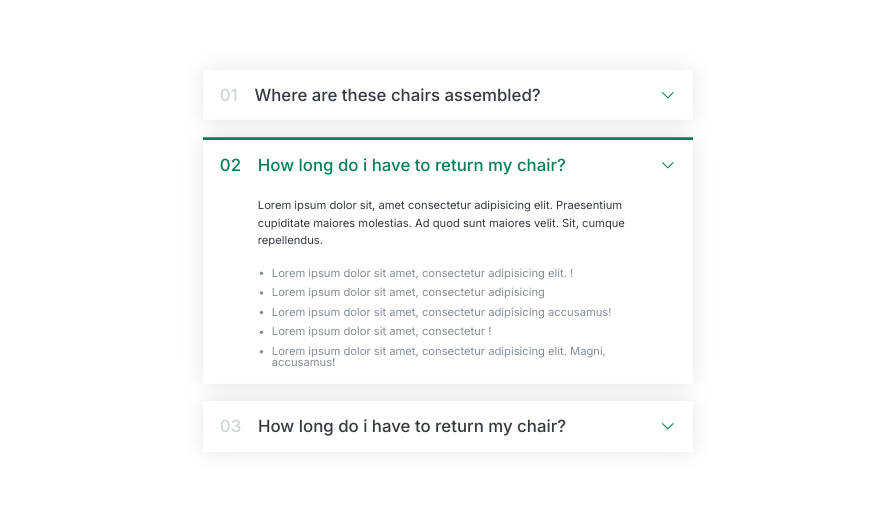
Repository: sunny070/CSS
Page: HTML and CSS some of the important components/02_Carousel.html
An editor plug-in stored every save of this project. The page is shown before and after the next save, followed by the edit.
The browser window is 1280 px wide. The pictures show the part of the page from y = 0 to 1920 px (the page is 745 px tall before and 4232 px after), at 70% of full size.

Above is the page before, as saved 2023-11-14 10:52:42.

After the next save:
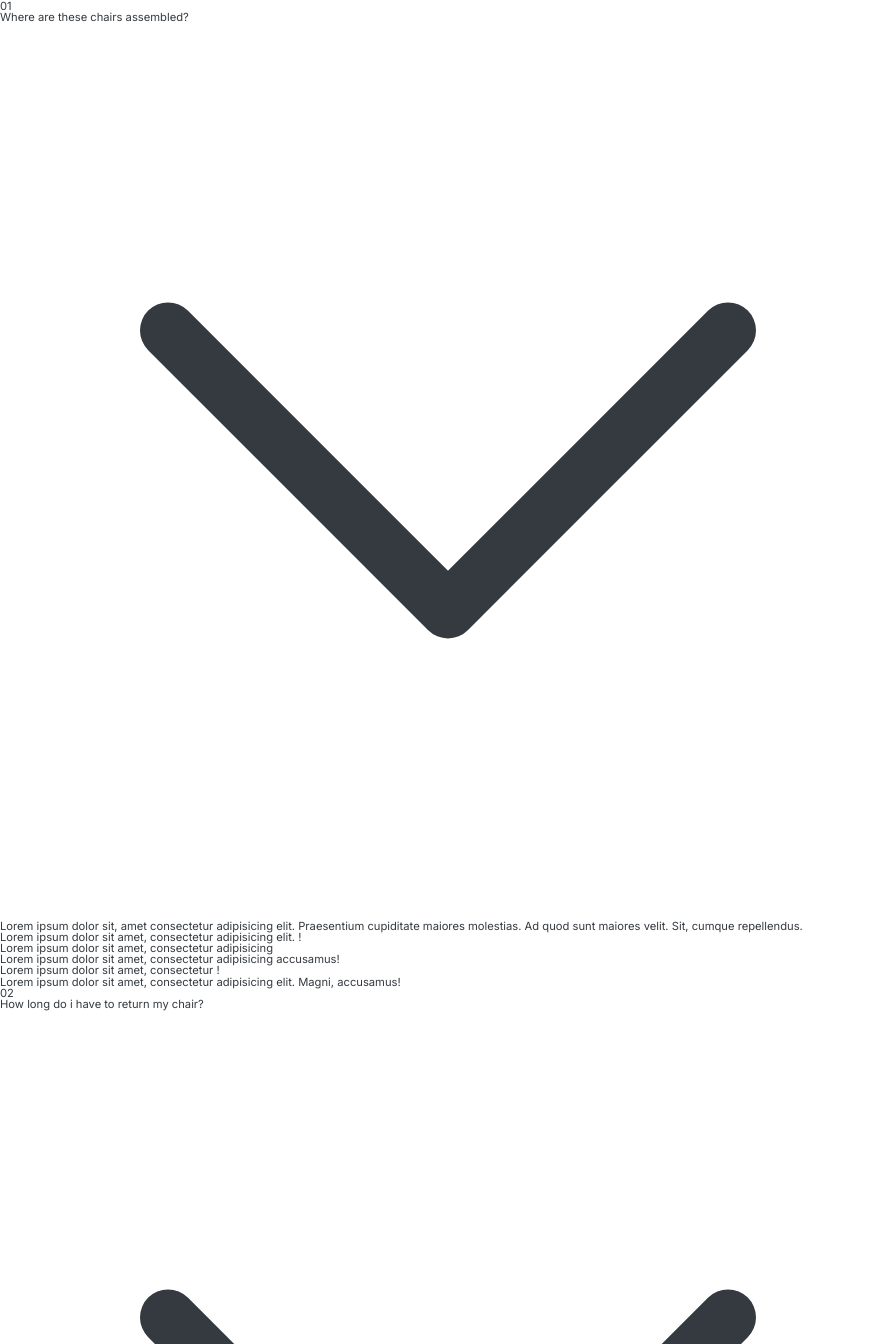
Saved 3 min 50 s later.
--- a/HTML and CSS some of the important components/02_Carousel.html
+++ b/HTML and CSS some of the important components/02_Carousel.html
@@ -36,66 +36,7 @@
         color: #343a40;
         line-height:1;
       }
-      .accordion
-      {
-        width:700px;
-        margin: 100px auto;
-        display: flex;
-        flex-direction: column;
-        gap: 24px;
 
-      }
-      .item{
-        box-shadow: 0 0 32px rgba(0,0,0,0.1);
-        padding: 24px;
-        display: grid;
-        grid-template-columns: auto 1fr auto;
-        column-gap:24px;
-        row-gap: 32px;
-        align-items:center;
-      }
-      .number ,.text{
-        font-size: 24px;
-        font-weight: 500;
-
-      }
-      .number{
-        color:#ced4da;
-      }
-
-      .icon{
-        width: 24px;
-        height: 24px;
-        stroke: #087f5b;
-      }
-      .hidden-box{
-        grid-column: 2;
-        display: none;
-      }
-      .hidden-box p{
-        line-height: 1.6;
-        margin-bottom: 24px;
-      }
-      .hidden-box ul{
-        color:#868e96;
-        margin-left: 20px;
-        display:flex;
-        flex-direction: column;
-        gap: 12px;
-
-      }
-      .open{
-        border-top: 4px solid #087f5b;
-      }
-      .open .hidden-box{
-        display: block ;
-      }
-      .open .number, .open .text{
-        color:#087f5b;
-      }
-      /* .hidden-box li{
-        margin-bottom: 12px;
-      } */
     </style>
   </head>
   <body>
